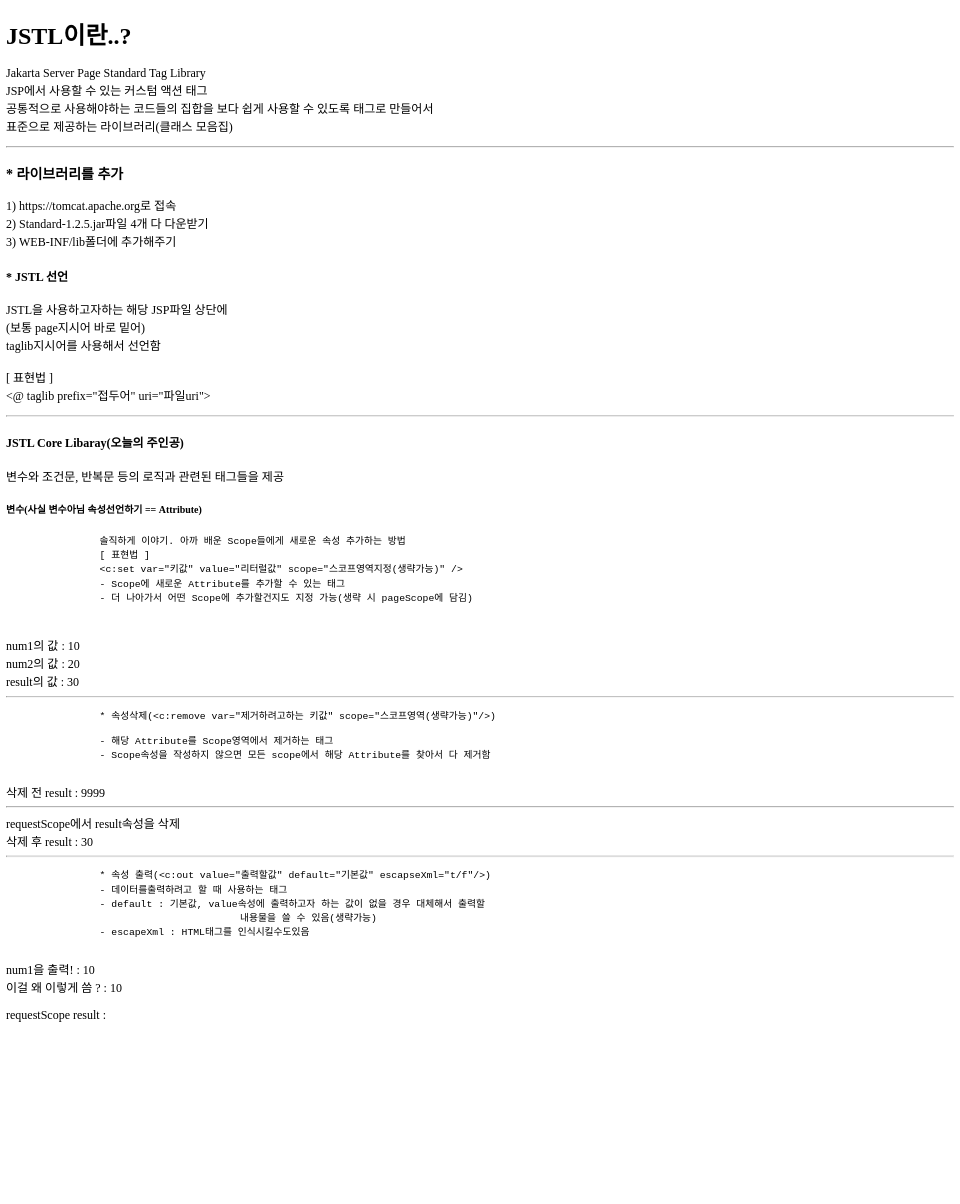
Repository: dltbxkfm86-creator/web
Page: http://localhost/Action/jstl.do
The author's editor kept a copy of each file at every save. The page is drawn from the files as they stood at one save, then again after the next save.
The browser window is 1280 px wide. The pictures show the whole page, at 75% of full size.
The page is served by Tomcat 9. Other server files are loaded and not shown.

Above is the page before, as saved 2025-09-25 00:31:24.

### Action/src/main/webapp/WEB-INF/views/customaction/JSTL.jsp
<%@ page language="java" contentType="text/html; charset=UTF-8"
    pageEncoding="UTF-8"%>
<%@ taglib prefix="c" uri="http://java.sun.com/jsp/jstl/core" %>
<!--
	URI(Uniform Resource Identifier)
	식별자 - 고유한 이름(PK) -> 실제 위치가 아니라 논리적인 식별값

	URL(Uniform Resource Locator)
	위치정보 -> 실제 파일의 경로나 웹 주소
 -->
<!DOCTYPE html>
<html>
<head>
<meta charset="UTF-8">
<title>자신과의 싸움</title>
</head>
<body>
	<h1>JSTL이란..?</h1>

	<p>
		Jakarta Server Page Standard Tag Library <br>
		JSP에서 사용할 수 있는 커스텀 액션 태그 <br>
		공통적으로 사용해야하는 코드들의 집합을 보다 쉽게 사용할 수 있도록 태그로 만들어서 <br>
		표준으로 제공하는 라이브러리(클래스 모음집)
	</p>

	<hr>

	<h3>* 라이브러리를 추가</h3>

	1) https://tomcat.apache.org로 접속 <br>
	2) Standard-1.2.5.jar파일 4개 다 다운받기 <br>
	3) WEB-INF/lib폴더에 추가해주기 <br>

	<h4>* JSTL 선언</h4>

	<p>
		JSTL을 사용하고자하는 해당 JSP파일 상단에 <br>
		(보통 page지시어 바로 밑어) <br>
		taglib지시어를 사용해서 선언함 <br><br>

		[ 표현법 ]<br>
		&lt;@ taglib prefix="접두어" uri="파일uri">
	</p>

	<hr>

	<h4>JSTL Core Libaray(오늘의 주인공)</h4>

	<p>
		변수와 조건문, 반복문 등의 로직과 관련된 태그들을 제공
	</p>

	<h5>변수(사실 변수아님 속성선언하기 == Attribute)</h5>

	<pre>
		솔직하게 이야기. 아까 배운 Scope들에게 새로운 속성 추가하는 방법
		[ 표현법 ]
		&lt;c:set var="키값" value="리터럴값" scope="스코프영역지정(생략가능)" />
		- Scope에 새로운 Attribute를 추가할 수 있는 태그
		- 더 나아가서 어떤 Scope에 추가할건지도 지정 가능(생략 시 pageScope에 담김)

	</pre>
	<%
		request.setAttribute("num1", 10);
	%>

	<c:set var="num1" value="10" />
	<c:set var="num2" value="20" scope="request"/>
	<c:set var="result" value="${ num1 + num2 }" scope="session" />

	num1의 값 : ${ num1 } <br>
	num2의 값 : ${ num2 } <br>
	result의 값 : ${ result } <br>

	<c:set var="result" scope="request">9999</c:set>
	<!--  value속성 말고 시작태그와 종료태그 사이에도 대입할 값을 기술할 수 있음 -->

	<hr>

	<pre>
		* 속성삭제(&lt;c:remove var="제거하려고하는 키값" scope="스코프영역(생략가능)"/>)

		- 해당 Attribute를 Scope영역에서 제거하는 태그
		- Scope속성을 작성하지 않으면 모든 scope에서 해당 Attribute를 찾아서 다 제거함
	</pre>

	삭제 전 result : ${ result } <br>

	<hr>

	requestScope에서 result속성을 삭제 <br>
	<c:remove var="result" scope="request"/>

	삭제 후 result : ${ result } <br>

	<hr>

	<pre>
		* 속성 출력(&lt;c:out value="출력할값" default="기본값" escapseXml="t/f"/>)
		- 데이터를출력하려고 할 때 사용하는 태그
		- default : 기본값, value속성에 출력하고자 하는 값이 없을 경우 대체해서 출력할
					내용물을 쓸 수 있음(생략가능)
		- escapeXml : HTML태그를 인식시킬수도있음
	</pre>

	num1을 출력! : <c:out value="${ num1 }" /> <br>
	이걸 왜 이렇게 씀 ? : ${ num1 } <br>

	<br>

	requestScope result : ${ requestScope.result } <br>











	<br><br><br><br><br><br><br><br><br><br><br><br><br>
</body>
</html>

### Action/src/main/java/com/kh/el/controller/JstlServlet.java
package com.kh.el.controller;

import java.io.IOException;
import javax.servlet.ServletException;
import javax.servlet.annotation.WebServlet;
import javax.servlet.http.HttpServlet;
import javax.servlet.http.HttpServletRequest;
import javax.servlet.http.HttpServletResponse;

@WebServlet("/jstl.do")
public class JstlServlet extends HttpServlet {
	private static final long serialVersionUID = 1L;

    public JstlServlet() {
        super();
    }

	protected void doGet(HttpServletRequest request, HttpServletResponse response) throws ServletException, IOException {
		request.getRequestDispatcher("WEB-INF/views/customaction/JSTL.jsp")
			   .forward(request, response);
	}

	/**
	 * @see HttpServlet#doPost(HttpServletRequest request, HttpServletResponse response)
	 */
	protected void doPost(HttpServletRequest request, HttpServletResponse response) throws ServletException, IOException {
		// TODO Auto-generated method stub
		doGet(request, response);
	}

}

After the next save:
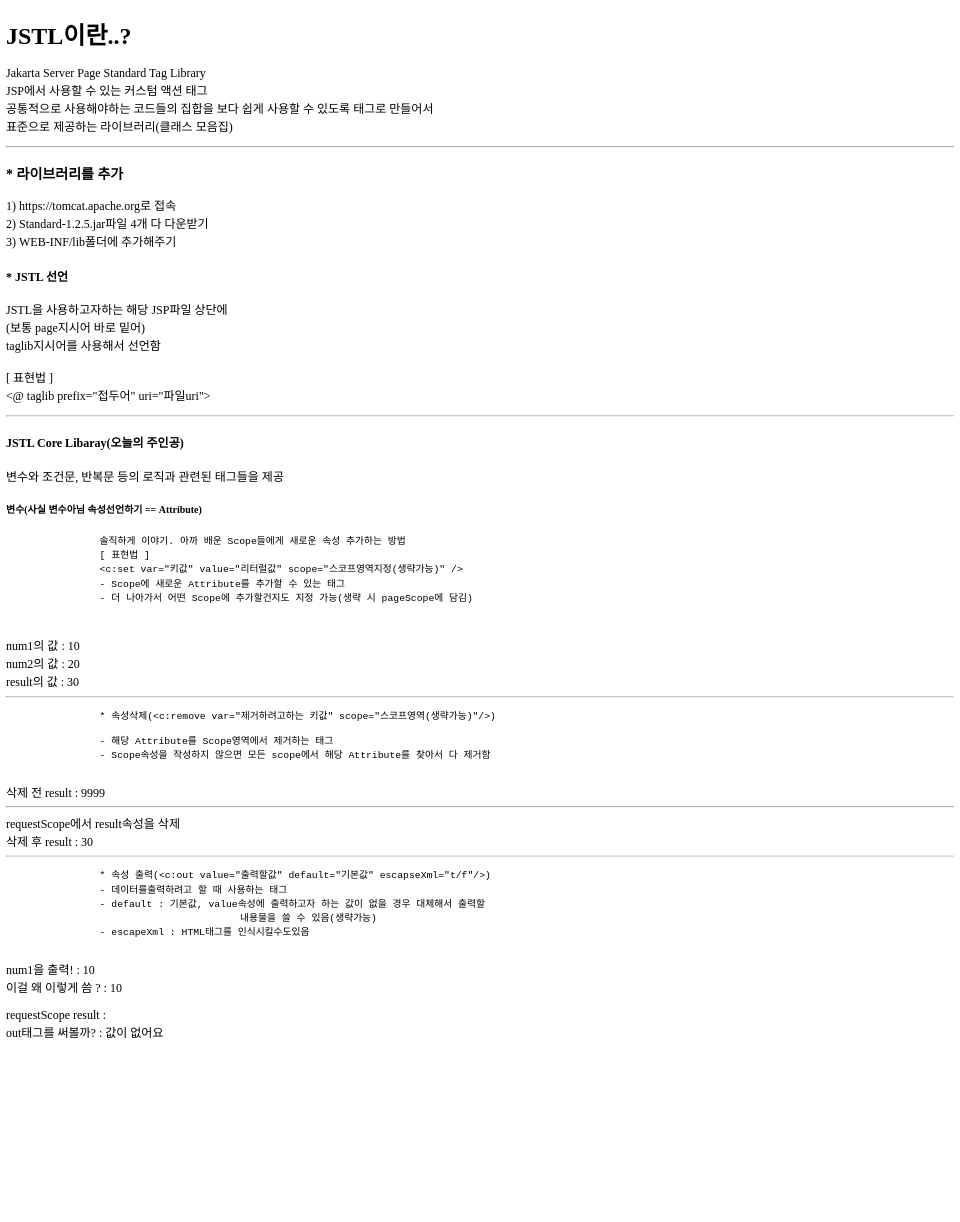
Saved 2 min 39 s later.
--- a/Action/src/main/webapp/WEB-INF/views/customaction/JSTL.jsp
+++ b/Action/src/main/webapp/WEB-INF/views/customaction/JSTL.jsp
@@ -110,8 +110,11 @@
 	<br>
 
 	requestScope result : ${ requestScope.result } <br>
+	out태그를 써볼까? : <c:out value="${ requestScope.result }" default="값이 없어요" />
 
+	<br>
 
+	<c:set var="outStr" value="<strong>강한정보</strong>"/>
 
 
 
